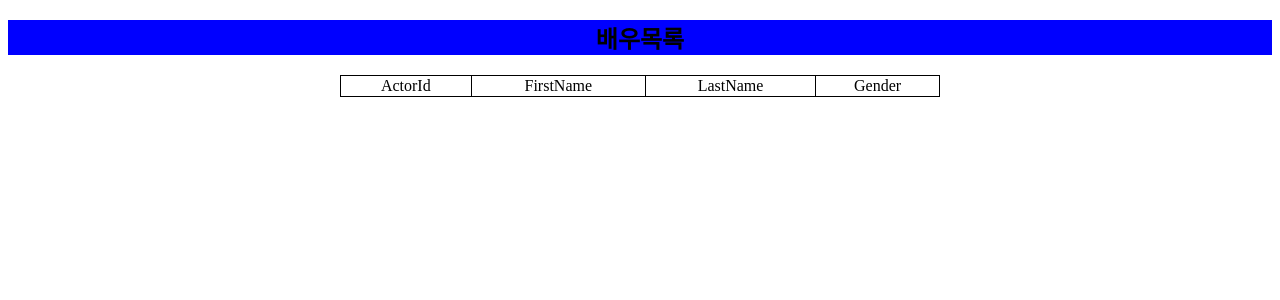
Repository: yzei0323/web
Page: http://localhost/examPrj/actors
The author's editor kept a copy of each file at every save. The page is drawn from the files as they stood at one save, then again after the next save.
The browser window is 1280 px wide. The pictures show the whole page.
The page is served by Tomcat 9. Queries for data that is not in the repository find no rows.

Above is the page before, as saved 2025-04-10 05:50:01.

After the next save:
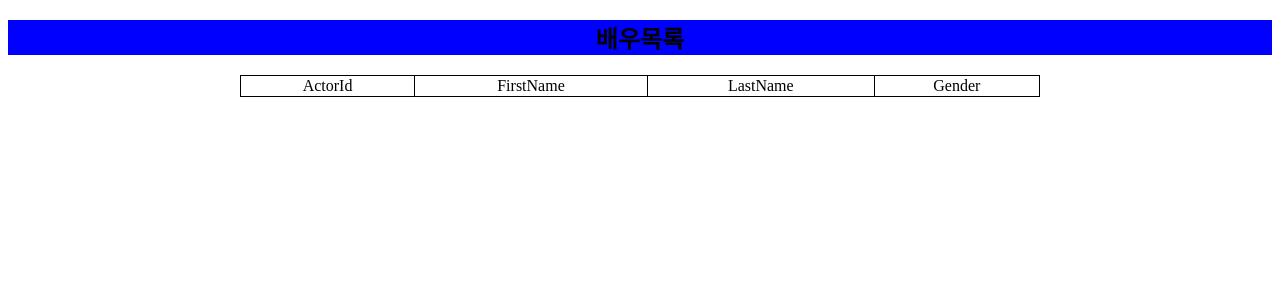
Saved 15 s later.
--- a/webExam/examPrj/src/main/webapp/actor.css
+++ b/webExam/examPrj/src/main/webapp/actor.css
@@ -9,7 +9,7 @@ table{
 	margin: 0 auto;
 	border-collapse: collapse;
 	text-align: center;
-	width: 600px;
+	width: 800px;
 }
 
 td,tr{
